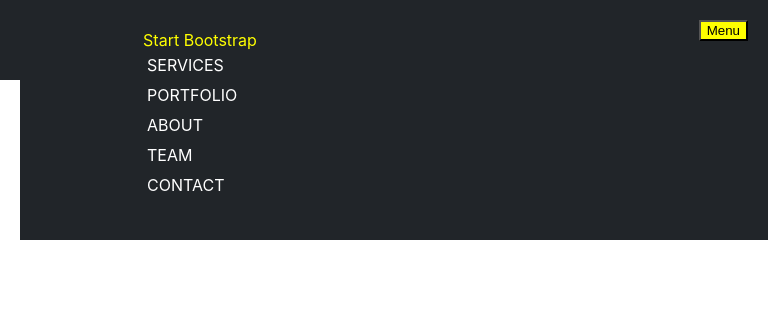
Repository: ooter37/media-queries-afternoon
Page: / (app in portfolio-clone/)
These files come from the project's save history. The page is drawn as it stood at one moment and after the next save; the edit follows.
The browser window is 768 px wide. The pictures show the whole page.
The project was rebuilt for these pictures with package versions that can differ from the ones it lists, and the page was loaded fresh each time.

Above is the page before, as saved 2020-04-13 14:35:56.

After the next save:
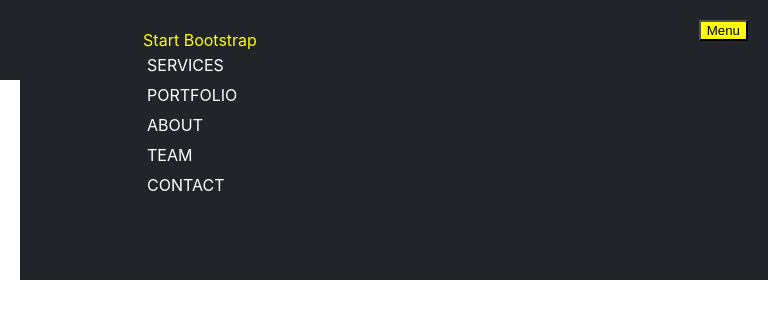
Saved 74 s later.
--- a/portfolio-clone/src/App.css
+++ b/portfolio-clone/src/App.css
@@ -67,6 +67,10 @@ header > div {
 @media screen and (max-width: 991px) {
   .buttons-background {
     background-color: #212529;
+    flex-direction: column;
+    min-width: 300px;
+    height: 300px;
+    padding: 90px;
   }
   .buttons {
     flex-direction: column;
